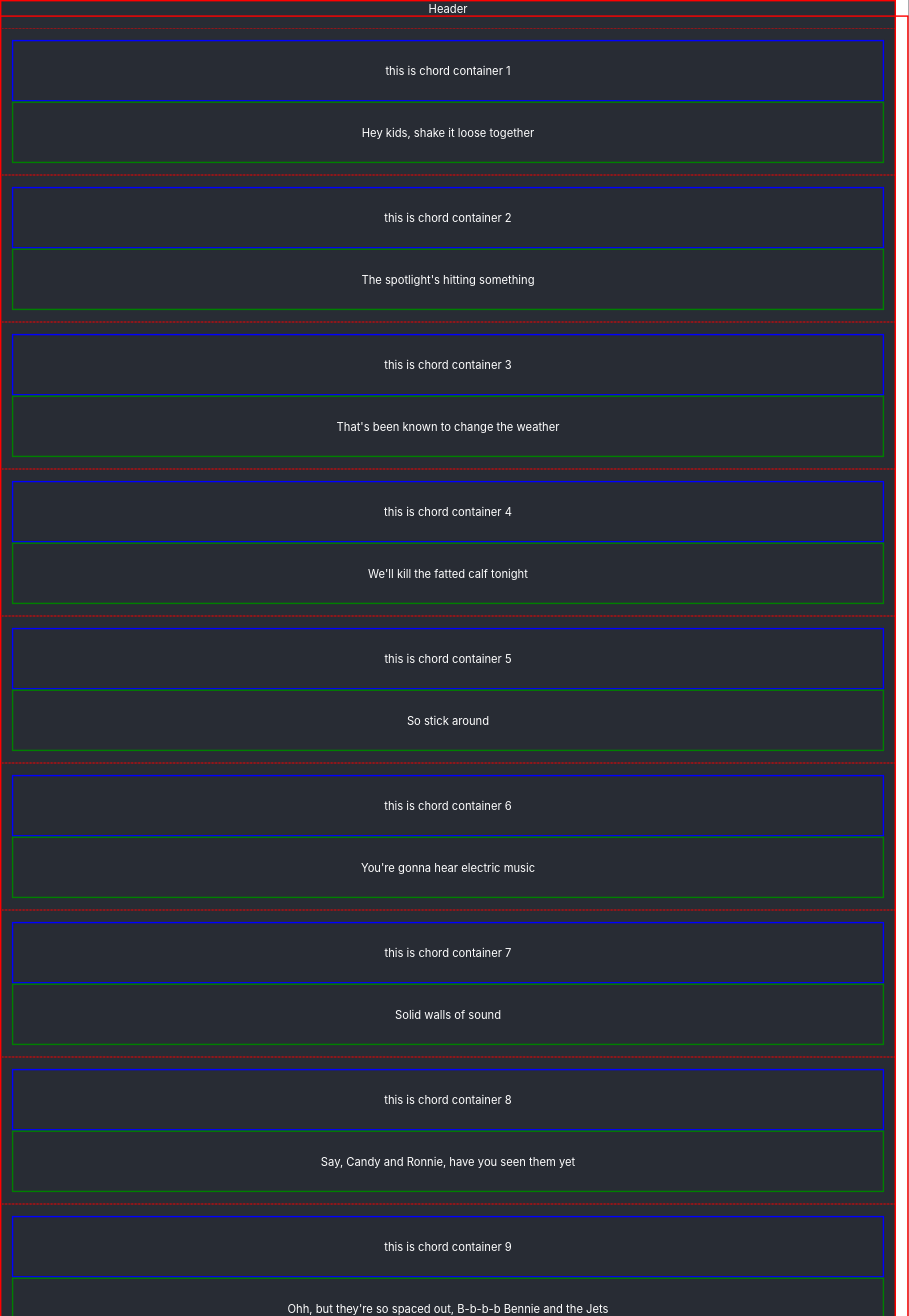
Repository: mattnoth/easy-nash-tab
Page: /
These files come from the project's save history. The page is drawn as it stood at one moment and after the next save; the edit follows.
The browser window is 1280 px wide. The page is 1298 px wide, so the pictures cover 1298 px, including what lies to the right of the window. The pictures show the part of the page from y = 0 to 1880 px (the page is 9300 px tall before and 9302 px after), at 70% of full size.
The project was rebuilt for these pictures with package versions that can differ from the ones it lists, and the page was loaded fresh each time.

Above is the page before, as saved 2022-08-07 14:31:51.

### src/App.js
import './App.css';
import MainContainerLogic from './components/MainContainers/MainContainerLogic.js';

function App() {
  return (
    <div className="App">
      <header className="App-header">
        Header
      </header>
      <MainContainerLogic />

    </div>
  );
}

export default App;

### src/App.css
.App {
  text-align: center;
  border: 2px solid red;
  background-color: #282c34;
  min-height: 100vh;
  display: flex;
  flex-direction: column;
  align-items: center;
  justify-content: center;
  font-size: calc(1rem);
  color: white;
}


.App-logo {
  height: 40vmin;
  pointer-events: none;
}

### src/components/MainContainers/MainContainerLogic.js
import { useState } from "react";
import React from 'react';
import { bennieAndTheJets } from '../../data/BennieAndTheJets'
import Main from '../MainContainers/Main.js'
import './mainContainerStyles.css'


function MainContainerLogic(props) {

    /**
     * @states
     * @fullLyricString
     * @lyricArray initial arr of split lyrics
     * @currentLine Object with current lines - probably needs a better name
     */
    const [fullLyricString, setFullLyricsString] = useState('')
    const [lyricArray, setLyricArray] = useState([])
    const [currentLine, setCurrentLine] = useState([]);

    // temp @var for objects
    let tempLyrics;

    /**
     * @helper split lyrics by linebreak, set lyric array @state
     * @param {passed full lyrics} lyrics
     */
    const splitLyrics = (lyrics) => {
        const arr = lyrics.split(/\r?\n/);
        setLyricArray(arr);
    }

    /**
     * @helper creates object for each line with unique id
     * @param {full lyric array} lyrics
     * @returns array of objects with each line value and id value
     */
    const createObject = (lyrics) => {
        let obj = {};
        let arr = [];

        for (let i = 0; i < lyrics.length; i++) {
            obj = {
                lyric: lyrics[i],
                currentId: i
            }
            arr.push(obj)
        }
        return arr;
    }

    /** @conditional to set Full Lyric String to @state */
    if (fullLyricString == '') {
        setFullLyricsString(bennieAndTheJets);
    }

    /** @conditional to run @splitLyric helper */
    if (fullLyricString && lyricArray.length === 0) {
        splitLyrics(fullLyricString);
    }

    /** @conditional after array set, remove first empty line, run @createObject on lyric array*/
    if (lyricArray.length > 0) {
        if (lyricArray[0]) {
            return;
        } else {
            tempLyrics = createObject(lyricArray);
        }
    }

    /** @check if tempLyrics, map each line's obj to an arr of objects  */
    if (tempLyrics) {
        tempLyrics.map((line) => {
            currentLine.push(line);
        })
    }

    /** @return main container, checks and returns on line 0, map each line to div and send props */
    return (
        <>
            <div className="mainContainer">
                {
                    currentLine.map((line) => {
                        if (line?.currentId === 0) {
                            return
                        } else {
                            return (
                                <div className="oneLine" key={"div " + line?.currentId}>
                                    <Main
                                        line={line}
                                        key={"main " + line?.currentId}
                                    />
                                </div>

                            )
                        }
                    })
                }
            </div>
        </>
    );
}

export default MainContainerLogic;

### src/data/BennieAndTheJets.js
export const bennieAndTheJets = `
Hey kids, shake it loose together
The spotlight's hitting something
That's been known to change the weather
We'll kill the fatted calf tonight
So stick around
You're gonna hear electric music
Solid walls of sound
Say, Candy and Ronnie, have you seen them yet
Ohh, but they're so spaced out, B-b-b-b Bennie and the Jets
Oh but they're weird and they're wonderful
Oh Bennie she's really keen
She's got electric boots a mohair suit
You know I read it in a magazine
Oh oh, B - b - b - b Bennie and the Jets
Bennie, Bennie and the Jets
Hey kids, plug into the faithless
Maybe they're blinded
But Bennie makes them ageless
We shall survive, let us take ourselves along
Where we fight our parents out in the streets
To find who's right and who's wrong
Say, Candy and Ronnie, have you seen them yet
Ohh, but they're so spaced out, B-b-b-b Bennie and the Jets
Oh but they're weird and they're wonderful
Oh Bennie she's really keen
She's got electric boots a mohair suit
You know I read it in a magazine
Oh oh, B - b - b - b Bennie and the Jets
Bennie, Bennie and the Jets
Hey kids, plug into the faithless
Maybe they're blinded
But Bennie makes them ageless
We shall survive, let us take ourselves along
Where we fight our parents out in the streets
To find who's right and who's wrong
Say, Candy and Ronnie, have you seen them yet
Ohh, but they're so spaced out, B-b-b-b Bennie and the Jets
Oh but they're weird and they're wonderful
Oh Bennie she's really keen
She's got electric boots a mohair suit
You know I read it in a magazine
Oh oh, B - b - b - b Bennie and the Jets
Bennie, Bennie, Bennie, Bennie and the Jets
Bennie and the Jets`

### src/components/MainContainers/Main.js
import React from 'react';
import ChordContainer from '../ChordContainer/ChordContainer.js';
import LyricContainer from '../LyricContainer/LyricContainer.js'
import './mainContainerStyles.css'

function Main({ line }) {
    return (
        <>
            <ChordContainer
                line={line}

            />
            <LyricContainer
                line={line} />
        </>
    );
}

export default Main;

### src/components/MainContainers/mainContainerStyles.css
.mainContainer {
    padding: 1rem;
    display: flex;
    flex-direction: column;
    border: 2px solid red;
    min-width: 100vw;
}

.oneLine {
    border: 1px dotted red;
    padding: 1rem;
}

.chordContainer {
    border: 2px solid blue;
    padding: 2rem;
}

.lyricContainer {
    border: 2px solid green;
    padding: 2rem;
}

### src/components/ChordContainer/ChordContainer.js
import React from 'react';

function ChordContainer({ line }) {
    return (
        <div className="chordContainer">
            this is chord container {line?.currentId}
        </div>
    );
}

export default ChordContainer;

### src/components/LyricContainer/LyricContainer.js
import React from 'react';

function LyricContainer({ line }) {
    return (
        <div
            className="lyricContainer"> {line?.lyric}
        </div>
    );
}

export default LyricContainer;

Loaded but not shown: public/index.html (common file); src/index.js (common file); src/index.css (common file); src/reportWebVitals.js (common file)

After the next save:
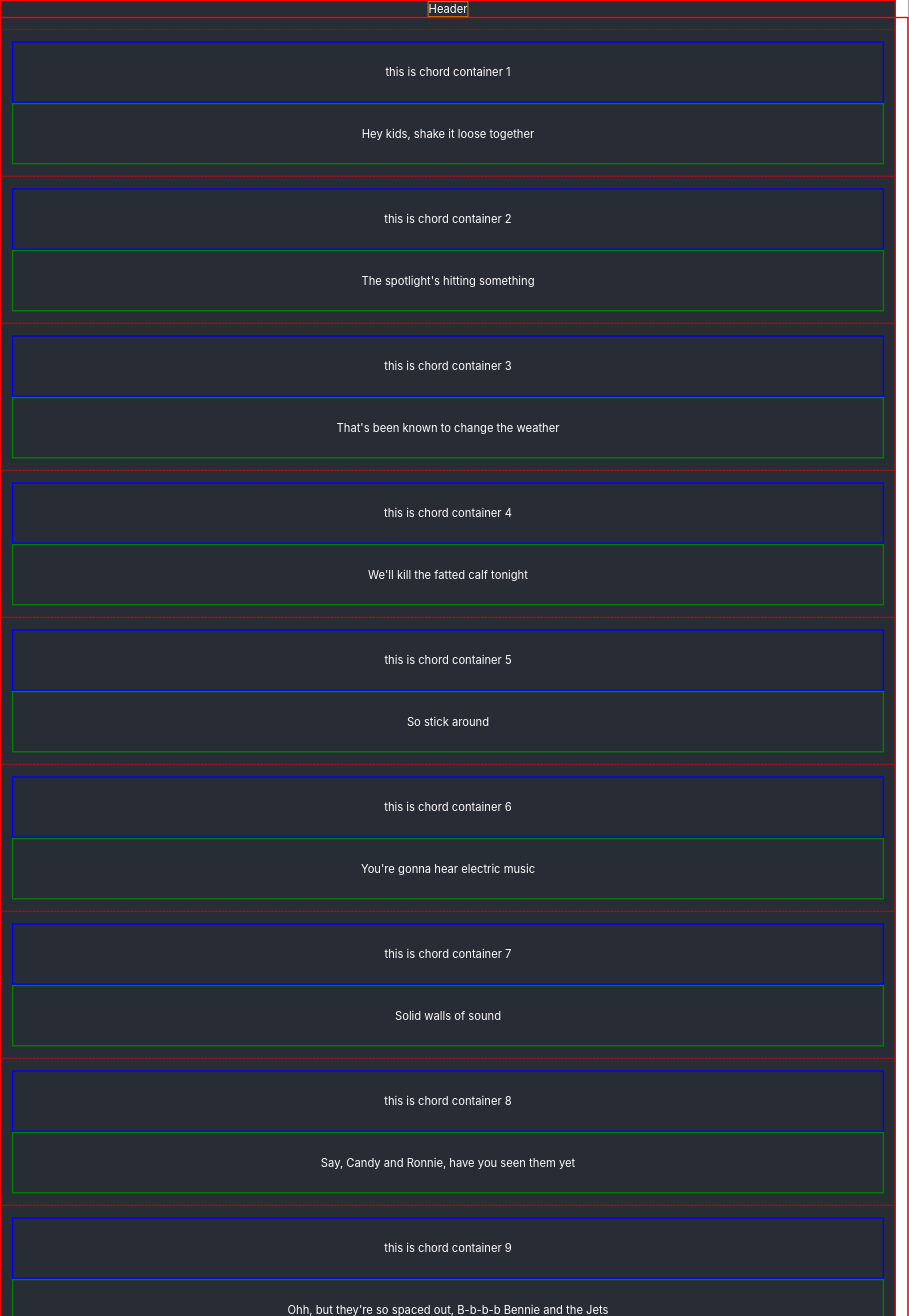
Saved 40 s later.
--- a/src/App.css
+++ b/src/App.css
@@ -11,6 +11,9 @@
   color: white;
 }
 
+.App-header {
+  border: 1px solid orange;
+}
 
 .App-logo {
   height: 40vmin;
